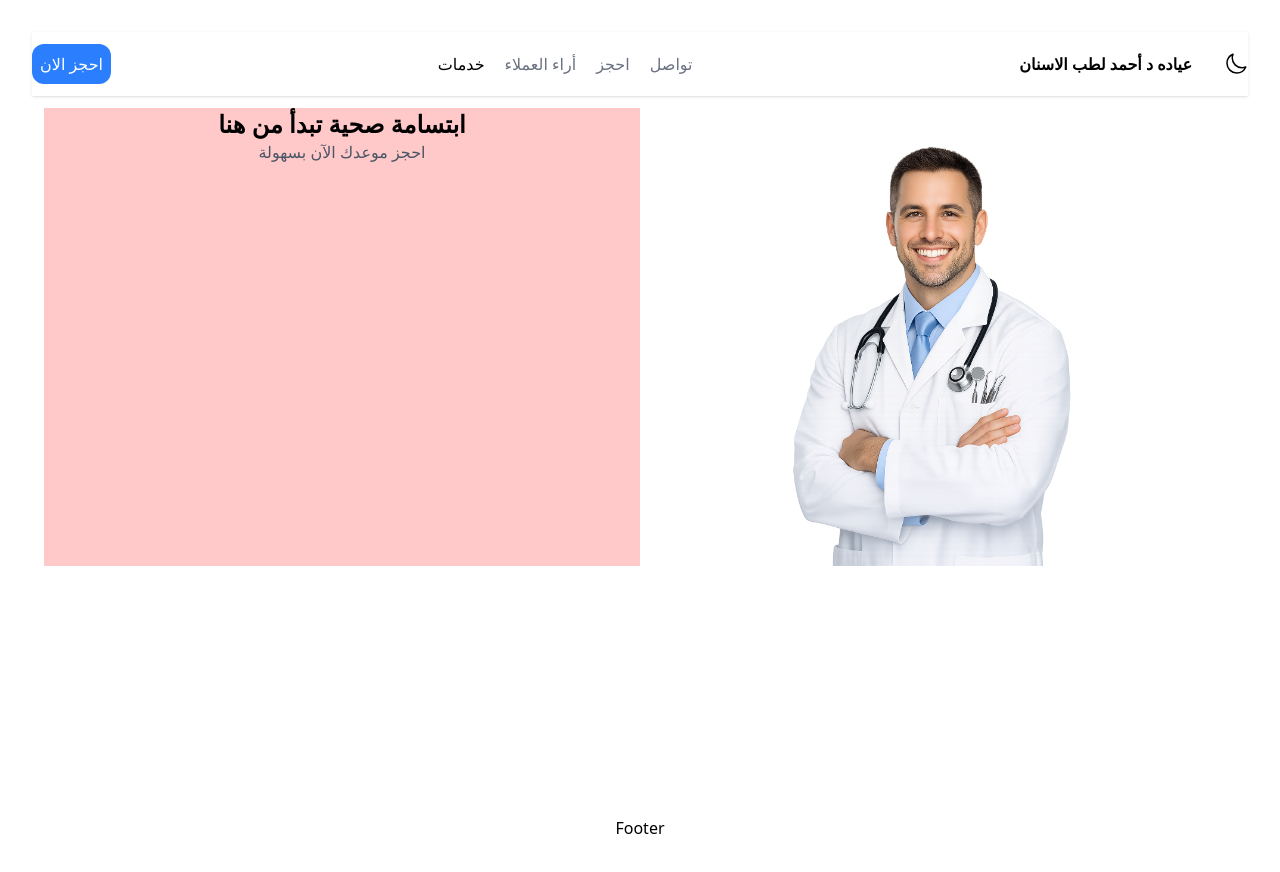
Repository: mohamedehab23-pro/clinic
Page: /
These files come from the project's save history. The page is drawn as it stood at one moment and after the next save; the edit follows.
The browser window is 1280 px wide. The pictures show the whole page.
The project was rebuilt for these pictures with package versions that can differ from the ones it lists, and the page was loaded fresh each time. Also part of the build but not shown: vite.config.js, src/Pages/AboutPage.jsx, src/Pages/ContactPage.jsx, src/Pages/NotFound.jsx, src/Components/Child.jsx, src/Components/Parent.jsx.

Above is the page before, as saved 2026-02-22 14:08:04.

### index.html
<!doctype html>
<html lang="en">
  <head>
    <meta charset="UTF-8" />
    <link rel="icon" type="image/svg+xml" href="/vite.svg" />
    <meta name="viewport" content="width=device-width, initial-scale=1.0" />
    <title>project1</title>
  </head>
  <body>
    <div id="root"></div>
    <script type="module" src="/src/main.jsx"></script>
  </body>
</html>

### src/index.css
@import "tailwindcss";
@custom-variant dark (&:where(.dark, .dark *));


.active{
    @apply text-black dark:text-white
}

### src/App.jsx
import { useState } from 'react'
import HeroPage from '../src/Pages/HeroPage'
import './App.css'
import { createBrowserRouter, RouterProvider } from 'react-router'
import MainLayout from './Layouts/MainLayout'
import AboutPage from './Pages/AboutPage'
import ContactPage from './Pages/ContactPage'
import NotFound from './Pages/NotFound'
import Parent from './Components/Parent'


const x=createBrowserRouter([
  {path:'',element:<MainLayout/>,children:[
    {index:true,element:<HeroPage/>},
    {path:'/about',element:<AboutPage/>},
    {path:'/contact',element:<ContactPage/>},
    {path:'*',element:<NotFound/>}
  ]}
])

function App() {

  return (
    <>
    {/* <Parent/> */}

     <RouterProvider router={x}/>
    </>
  )
}

export default App

### src/Pages/HeroPage.jsx
import React from 'react'
import sora from '../assets/dentist.png'
export default function HomePage() {
  return (
    <div className='dark:bg-gray-800 min-h-screen p-3'>
      <div className='flex justify-around'>
<div className='bg-red-200 w-full '>
<h2 className='text-2xl font-bold'>ابتسامة صحية تبدأ من هنا</h2>
<p className='text-gray-600'>احجز موعدك الآن بسهولة</p>
</div>
<div className=' w-full flex justify-center items-center'>
 <img src={sora} alt="doctor" className='w-[50%] ' />
</div>
      </div>



    </div>
  )
}

### src/Layouts/MainLayout.jsx
import React, { useState } from 'react'
import Navbar from '../Components/Navbar'
import Footer from '../Components/Footer'
import { Outlet } from 'react-router'

export default function MainLayout() {
  const [darkMode, setDarkMode] = useState(false)
  return (
    <>
    <div className={`${darkMode? 'dark':''}  dark:text-white`}>
      <Navbar darkMode={darkMode} setDarkMode={setDarkMode}/>
    <Outlet />
    <Footer/>
    </div>
    </>
  )
}

### src/Components/Navbar.jsx
import React, { useState } from 'react'
import { Link, NavLink } from 'react-router'

export default function Navbar({setDarkMode,darkMode}) {
  const [navToggle, setNavToggle] = useState(false)
  return (
    <div className='py-3 shadow sticky top-0 w-full dark:bg-gray-700 bg-white/50'>
<div className="container px-3 lg:p-0 mx-auto flex items-center justify-between">
<div>
  <button className='p-2 rounded-xl bg-blue-500 text-white '><Link to={'/'}>احجز الان</Link></button>
</div>
<div>
  <ul className='lg:flex dark:text-white/50 gap-5 hidden'>
    <li className='text-gray-500'><NavLink to={''}>خدمات</NavLink></li>
    <li className='text-gray-500'><NavLink to={'/about'}>أراء العملاء</NavLink></li>
    <li className='text-gray-500'><NavLink to={'/contact'}>احجز</NavLink></li>
    <li className='text-gray-500'><NavLink to={'ertyuj'}>تواصل</NavLink></li>
  </ul>
</div>
<div className='flex gap-8'>
  <Link to={''} className=' font-bold'>عياده د أحمد لطب الاسنان</Link>
  {darkMode?<svg xmlns="http://www.w3.org/2000/svg"
onClick={()=>setDarkMode(!darkMode)}
fill="none" viewBox="0 0 24 24" strokeWidth={1.5} stroke="currentColor" className="cursor-pointer size-6">
  <path strokeLinecap="round" strokeLinejoin="round" d="M12 3v2.25m6.364.386-1.591 1.591M21 12h-2.25m-.386 6.364-1.591-1.591M12 18.75V21m-4.773-4.227-1.591 1.591M5.25 12H3m4.227-4.773L5.636 5.636M15.75 12a3.75 3.75 0 1 1-7.5 0 3.75 3.75 0 0 1 7.5 0Z" />
</svg>:<svg xmlns="http://www.w3.org/2000/svg" fill="none"
onClick={()=>setDarkMode(!darkMode)}
viewBox="0 0 24 24" strokeWidth={1.5} stroke="currentColor" className="cursor-pointer size-6">
  <path strokeLinecap="round" strokeLinejoin="round" d="M21.752 15.002A9.72 9.72 0 0 1 18 15.75c-5.385 0-9.75-4.365-9.75-9.75 0-1.33.266-2.597.748-3.752A9.753 9.753 0 0 0 3 11.25C3 16.635 7.365 21 12.75 21a9.753 9.753 0 0 0 9.002-5.998Z" />
</svg>}
</div>
<div className='lg:hidden'>
  <svg xmlns="http://www.w3.org/2000/svg" onClick={()=>setNavToggle(!navToggle)} fill="none" viewBox="0 0 24 24" strokeWidth={1.5} stroke="currentColor" className="cursor-pointer size-6">
  <path strokeLinecap="round" strokeLinejoin="round" d="M3.75 6.75h16.5M3.75 12h16.5m-16.5 5.25h16.5" />
</svg>


</div>



</div>
{navToggle && <ul className='pt-3 text-end px-3'>
    <li className='text-gray-500'><NavLink to={''}>خدمات</NavLink></li>
    <li className='text-gray-500'><NavLink to={'/about'}>أراء العملاء</NavLink></li>
    <li className='text-gray-500'><NavLink to={'/contact'}>احجز</NavLink></li>
    <li className='text-gray-500'><NavLink to={'ertyuj'}>تواصل</NavLink></li>
  </ul>}


    </div>
  )
}

Loaded but not shown: src/main.jsx (common file); src/App.css (common file); src/Components/Footer.jsx (common file)

After the next save:
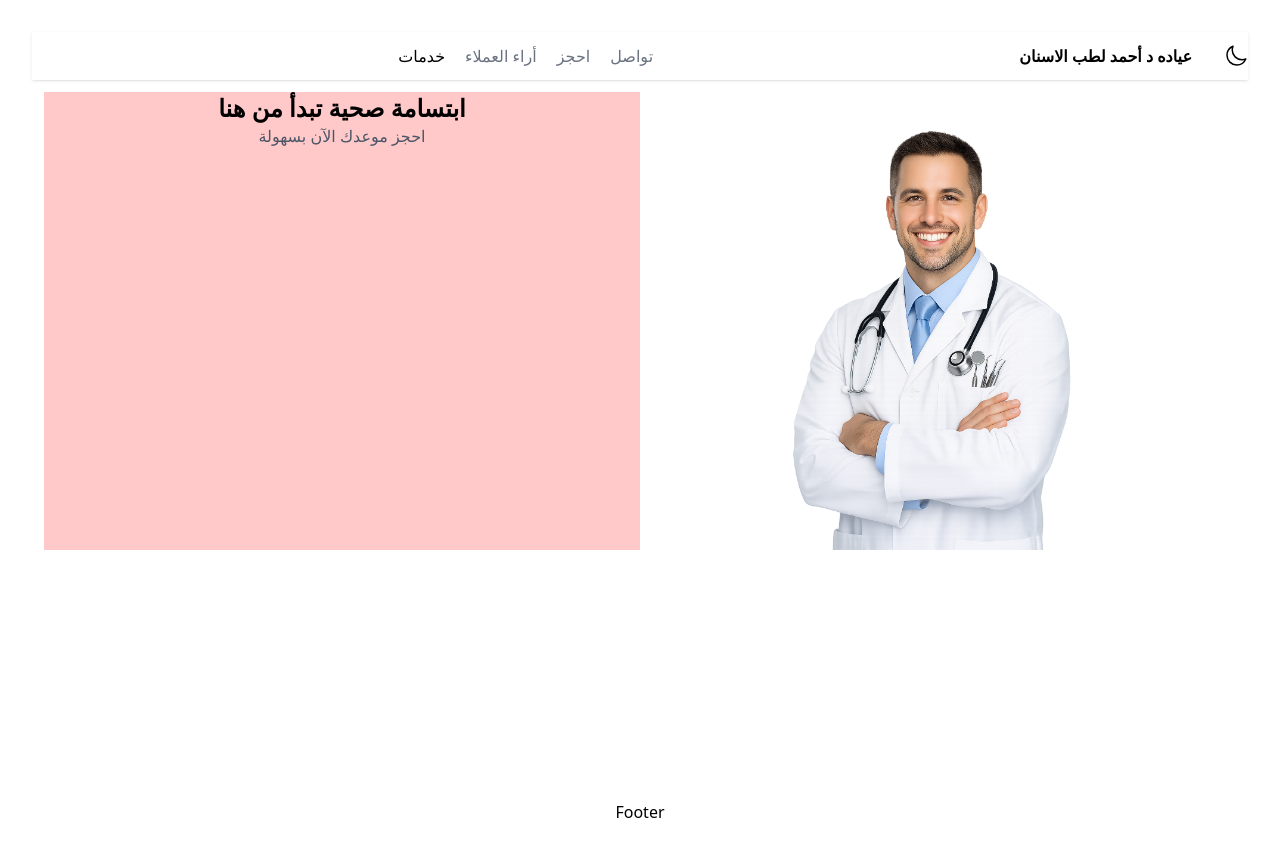
Saved 20 s later.
--- a/src/Components/Navbar.jsx
+++ b/src/Components/Navbar.jsx
@@ -7,7 +7,7 @@ export default function Navbar({setDarkMode,darkMode}) {
     <div className='py-3 shadow sticky top-0 w-full dark:bg-gray-700 bg-white/50'>
 <div className="container px-3 lg:p-0 mx-auto flex items-center justify-between">
 <div>
-  <button className='p-2 rounded-xl bg-blue-500 text-white '><Link to={'/'}>احجز الان</Link></button>
+
 </div>
 <div>
   <ul className='lg:flex dark:text-white/50 gap-5 hidden'>
